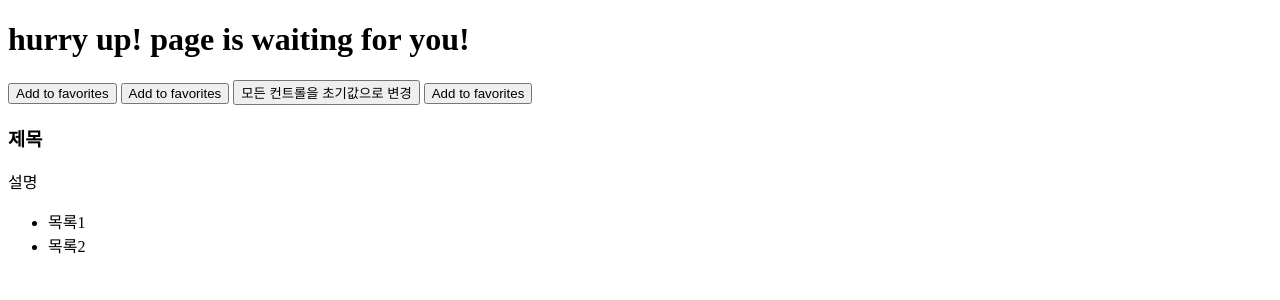
Repository: PareutPareut/frontend
Page: markDowns/htmlCssStudy/htmlStudy.html
The author's editor kept a copy of each file at every save. The page is drawn from the files as they stood at one save, then again after the next save.
The browser window is 1280 px wide. The pictures show the whole page.

Above is the page before, as saved 2023-11-27 03:38:03.

After the next save:
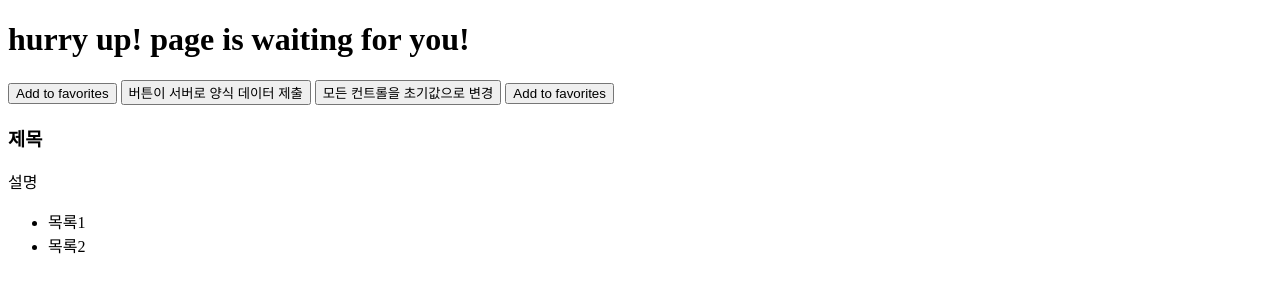
Saved 21 s later.
--- a/markDowns/htmlCssStudy/htmlStudy.html
+++ b/markDowns/htmlCssStudy/htmlStudy.html
@@ -10,7 +10,7 @@
 
     <h1>hurry up! page is waiting for you!</h1>
     <button type="button">Add to favorites</button>
-    <button type="submit">Add to favorites</button>
+    <button type="submit">버튼이 서버로 양식 데이터 제출</button>
     <button type="reset"> 모든 컨트롤을 초기값으로 변경 </button>
     <button type="button">Add to favorites</button>
 
